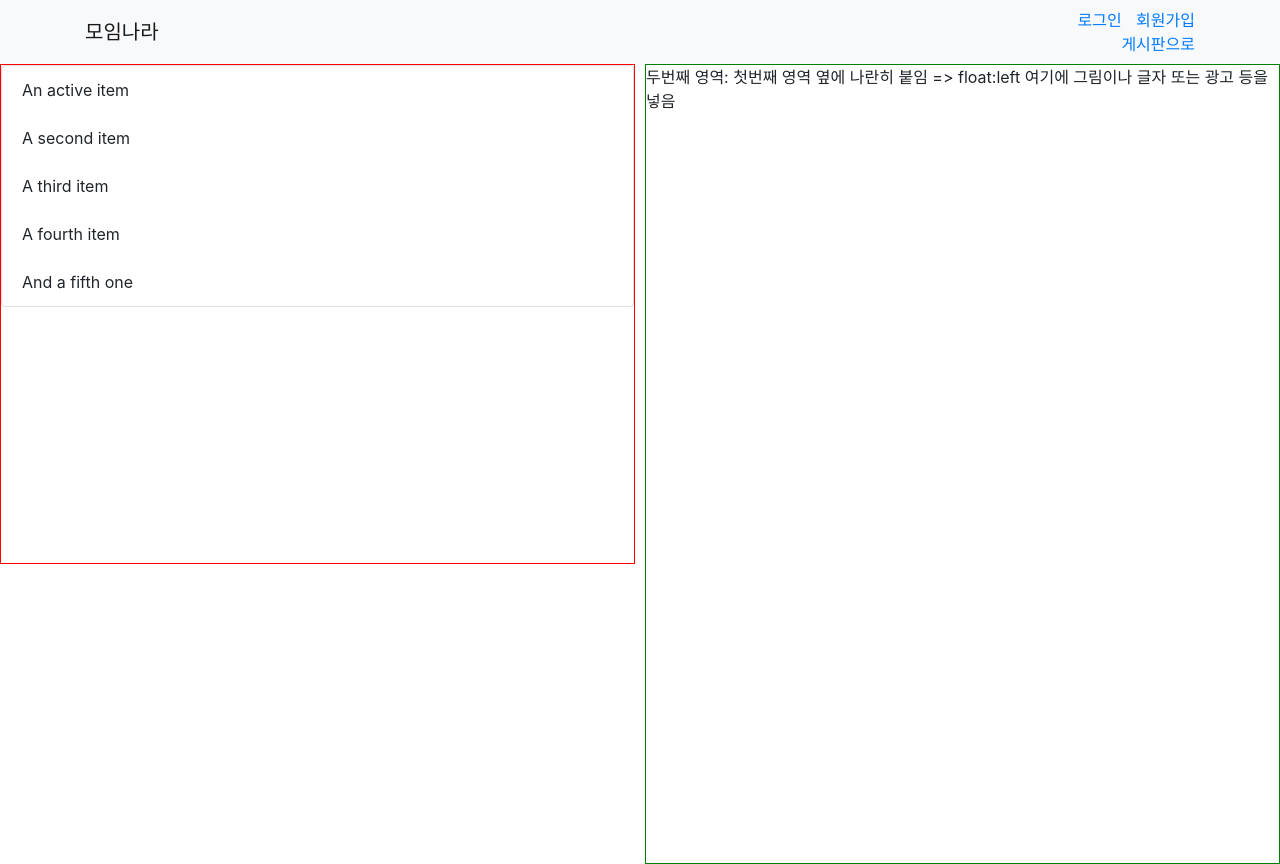
Repository: cmg9707/Devfox-spring-project
Page: http://localhost/DevJUS/WEB-INF/views/JUS/info.jsp
An editor plug-in stored every save of this project. The page is shown before and after the next save, followed by the edit.
The browser window is 1280 px wide. The pictures show the whole page.
Some web libraries are served in a nearby version. The page is served by Tomcat 9. Nobody is signed in. Other server files are loaded and not shown. The template is opened directly, without the code that normally fills it, so the values that code supplies are empty.

Above is the page before, as saved 2023-04-13 23:33:26.

### DevJUS/src/main/webapp/WEB-INF/views/JUS/info.jsp
<%@ page language="java" contentType="text/html; charset=UTF-8"
	pageEncoding="UTF-8"%>
<%@ taglib uri="http://java.sun.com/jsp/jstl/core" prefix="c"%>


<!DOCTYPE html>
<html>
<head>
<script
	src="https://ajax.googleapis.com/ajax/libs/jquery/1.11.0/jquery.min.js"></script>
<meta http-equiv="X-UA-Compatible" content="IE=edge">
<meta name="viewport" content="width=device-width, initial-scale=1">
<link
	href="https://cdn.jsdelivr.net/npm/bootstrap@5.3.0-alpha1/dist/css/bootstrap.min.css"
	rel="stylesheet"
	integrity="sha384-GLhlTQ8iRABdZLl6O3oVMWSktQOp6b7In1Zl3/Jr59b6EGGoI1aFkw7cmDA6j6gD"
	crossorigin="anonymous">
<link rel="stylesheet"
	//href="https://stackpath.bootstrapcdn.com/bootstrap/4.3.1/css/bootstrap.min.css"
	integrity="sha384-ggOyR0iXCbMQv3Xipma34MD+dH/1fQ784/j6cY/iJTQUOhcWr7x9JvoRxT2MZw1T"
	crossorigin="anonymous">
<meta charset="UTF-8">
<title>Insert title here</title>

</head>
<body>
	       <!-- Navigation-->
        <nav class="navbar navbar-light bg-light static-top">
            <div class="container">
                <a class="navbar-brand" href="index">모임나라</a>
                <div style="text-align: right;">
        <c:if test = "${user.user_power == 'x'}"> <!-- user -->
				<a href="user_mu" ><img src="/resources/css/img/user.png" alt="" style="width: 10%;"></a>
				${user.user_name}
				<a href="index" ><img src="/resources/css/img/logout.png" alt="" style="width: 10%;"></a>
		</c:if>
		<c:if test = "${user.user_power == 'o'}"> <!-- admin -->
				<a href="user_mu" >관리자</a>
				<a href="index" ><img src="/resources/css/img/logout.png" alt="" style="width: 10%;"></a>
		</c:if>
		 <c:if test = "${empty user}">
                <div >
				<a href="login" style="margin: 10px;">로그인</a>
                <a href="join">회원가입</a>
             	</div>
        </c:if>
        	<a href="board" >게시판으로</a>
             	</div>
            </div>

        </nav>

<div style="display: flex; justify-content: center;">
  <div style="width:700px; height:500px; border:1px solid red; float:left; margin-right:10px;">
    	<ul class="list-group" style="">
  			<li class="list-group-item">An active item</li>
  			<li class="list-group-item">A second item</li>
  			<li class="list-group-item">A third item</li>
  			<li class="list-group-item">A fourth item</li>
  			<li class="list-group-item">And a fifth one</li>
		</ul>
  </div>
  <div style="width:700px; height:800px; border:1px solid green; float:left;">
    두번째 영역:
    첫번째 영역 옆에 나란히 붙임 => float:left
    여기에 그림이나 글자 또는 광고 등을 넣음
  </div>
</div>
	<script>

	</script>
</body>
</html>

After the next save:
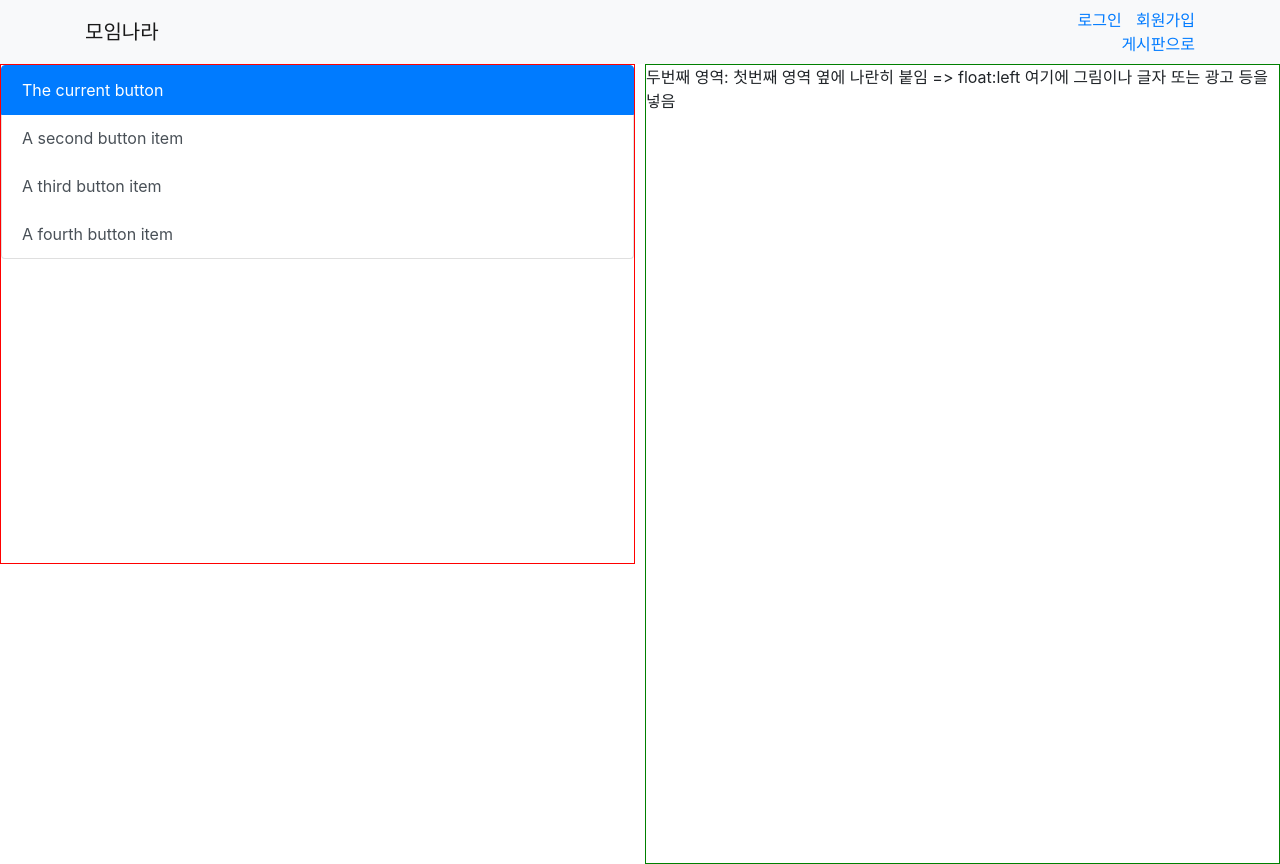
Saved 93 s later.
--- a/DevJUS/src/main/webapp/WEB-INF/views/JUS/info.jsp
+++ b/DevJUS/src/main/webapp/WEB-INF/views/JUS/info.jsp
@@ -52,13 +52,14 @@
 
 <div style="display: flex; justify-content: center;">
   <div style="width:700px; height:500px; border:1px solid red; float:left; margin-right:10px;">
-    	<ul class="list-group" style="">
-  			<li class="list-group-item">An active item</li>
-  			<li class="list-group-item">A second item</li>
-  			<li class="list-group-item">A third item</li>
-  			<li class="list-group-item">A fourth item</li>
-  			<li class="list-group-item">And a fifth one</li>
-		</ul>
+    	<div class="list-group">
+  			<button type="button" class="list-group-item list-group-item-action active" aria-current="true">
+    			The current button
+  			</button>
+  			<button type="button" class="list-group-item list-group-item-action">A second button item</button>
+  			<button type="button" class="list-group-item list-group-item-action">A third button item</button>
+  			<button type="button" class="list-group-item list-group-item-action">A fourth button item</button>
+</div>
   </div>
   <div style="width:700px; height:800px; border:1px solid green; float:left;">
     두번째 영역:
